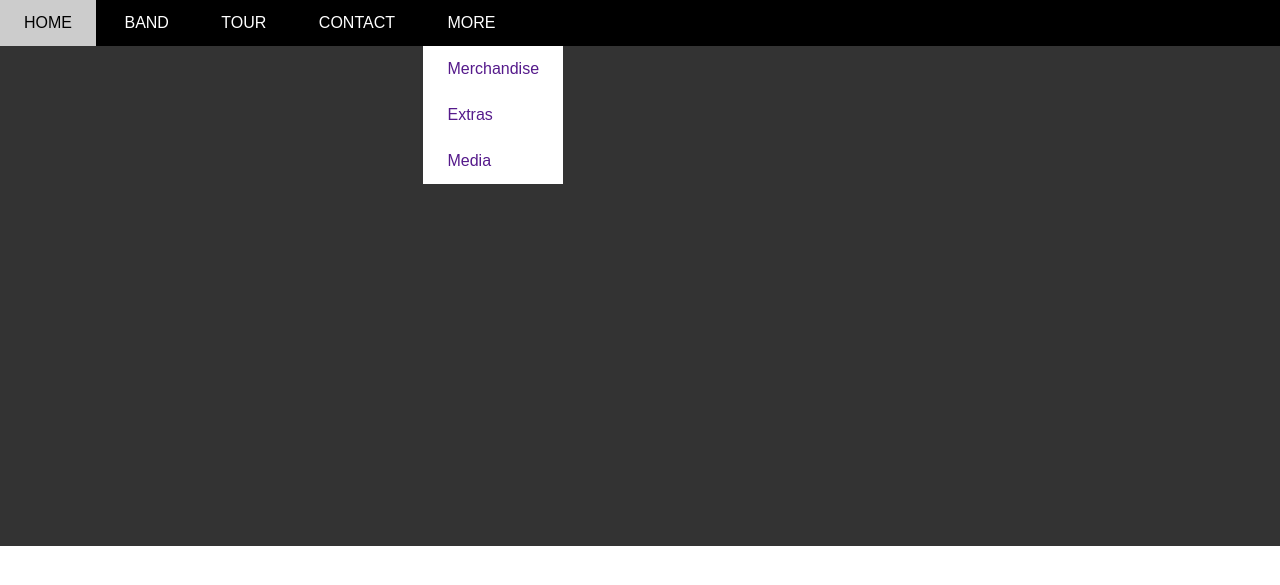
Repository: phanvu0103/HTML-CSS
Page: Thực-Hành-Dự-Án-Số-1-Xây-dựng-web-the-band/index.html
These files come from the project's save history. The page is drawn as it stood at one moment and after the next save; the edit follows.
The browser window is 1280 px wide. The pictures show the whole page.

Above is the page before, as saved 2022-09-28 16:10:32.

### Thực-Hành-Dự-Án-Số-1-Xây-dựng-web-the-band/index.html
<!DOCTYPE html>
<html lang="en">
  <head>
    <meta charset="UTF-8" />
    <meta name="viewport" content="width=device-width, initial-scale=1.0" />
    <title>W3-BAND</title>
    <link rel="stylesheet" href="./assets/css/style.css" />
  </head>
  <body>
    <div id="main">
      <div id="header">
        <ul id="nav">
          <li><a href="">HOME</a></li>
          <li><a href="">BAND</a></li>
          <li><a href="">TOUR</a></li>
          <li><a href="">CONTACT</a></li>
          <li>
            <a href="">MORE</a>
            <ul class="subnav">
              <li><a href="">Merchandise</a></li>
              <li><a href="">Extras</a></li>
              <li><a href="">Media</a></li>
            </ul>
          </li>
        </ul>
      </div>

      <div id="slider"></div>

      <div id="content"></div>

      <div id="footer"></div>
    </div>
  </body>
</html>

### Thực-Hành-Dự-Án-Số-1-Xây-dựng-web-the-band/assets/css/style.css
/* Resst CSS */
/* bước đầu trong CSS gõ dấu * vào thêm các thuộc tính như sau */
* {
  padding: 0;
  margin: 0;
  box-sizing: border-box;
  /* loại bỏ tính toán kích thước ta dùng (box-sizing: border-box;)  */
}
html {
  font-family: Arial, Helvetica, sans-serif;
  /* thêm font-family để trang đồng font chữ
  của html.
  Nếu thêm font-family trên dấu sao
  thf toàn trang đều có font đó
  thì ko đúng theo yêu cầu. */
}
/*
1. Làm từ ngoài vào trong
2. Làm Từ trên xuống dưới
3. Làm từ tổng quan đến chi tiết
        header
        slider

 */
/*
1. Vị trí
2. Kích thước
3. Màu sắc
4. Kiểu dáng
(kiểu chữ, hình tròn, vuông, ....)
*/
#main {
  /* nằm trong body chứa cả website */
}

#header {
  /* kích thước chiều rộng bằng main
 độ dài mình đi đo hay
 (cty, khách hàng yêu cầu)
  trên w3schools The BAND. */
  height: 46px;
  /* header có chiều cao 46px */
  background-color: #000000;
  /* màu header màu đen background-color */
}

#nav {
  /* #nav là cha của:
  #nav li
  #nav .subnav
  #nav li a */
}

#nav li {
  display: inline-block;
  position: relative;
  /* phần 2
  position: relative;

   */
}
#nav > li > a {
  /*P2
  #nav > li > a
   Dấu > lấy thuộc tính vào thẻ con trực tiếp
   thẻ a con trực tiếp của thẻ li và thẻ li con
    trực tiếp của thẻ nav và tchỉ tác động đến
    thẻ a cấp 1 ( Home. band....) ko tác động đến
    thẻ a cấp 2 (Merchandise, Extras,...)
   ko liên qua đến thẻ a
   chuyển color: #fff; của #nav li a lên
   #nav > li > a để hiện thanh chữ thẻ a cấp 2
  */
  color: #fff;
}

#nav li a {
  /* color: #fff; */
  text-decoration: none;
  line-height: 46px;
  /* line-height: 46px canh cho
  chữ ở giữa thanh header */
  padding: 0 24px;
  /* pading phải xem kiểm tra trang
  rồi bấm vào computed thấy pading 24
  khoảng cách 2 dòng chữ cách xa nhau. */
  display: inline-block;
  /*thay đổi chiều cao của thẻ a
  mở phần kiểm tra trang bấm vào thẻ li,
   bấm style > :hover them vào display: inline-block;
   xem chiều caovwaf ý ko.
   vì thẻ a có  */
}
#nav li:hover a {
  color: #000;
  background-color: #ccc;
}
#nav .subnav {
  /* display: none; */
  position: absolute;
  background-color: #fff;
  /*  phần 2 NAVI....
   position: absolute; cho các chữ thẻ a cấp 1
   hiện trên thẻ header để thẻ a cấp 2 ko đẩy
   thẻ cấp 1 xuống.
  background-color: #fff;
   */
}
#nav .subnav a {
}

#slider {
  min-height: 500px;
  background-color: #333;
}

#content {
}

#footer {
}

After the next save:
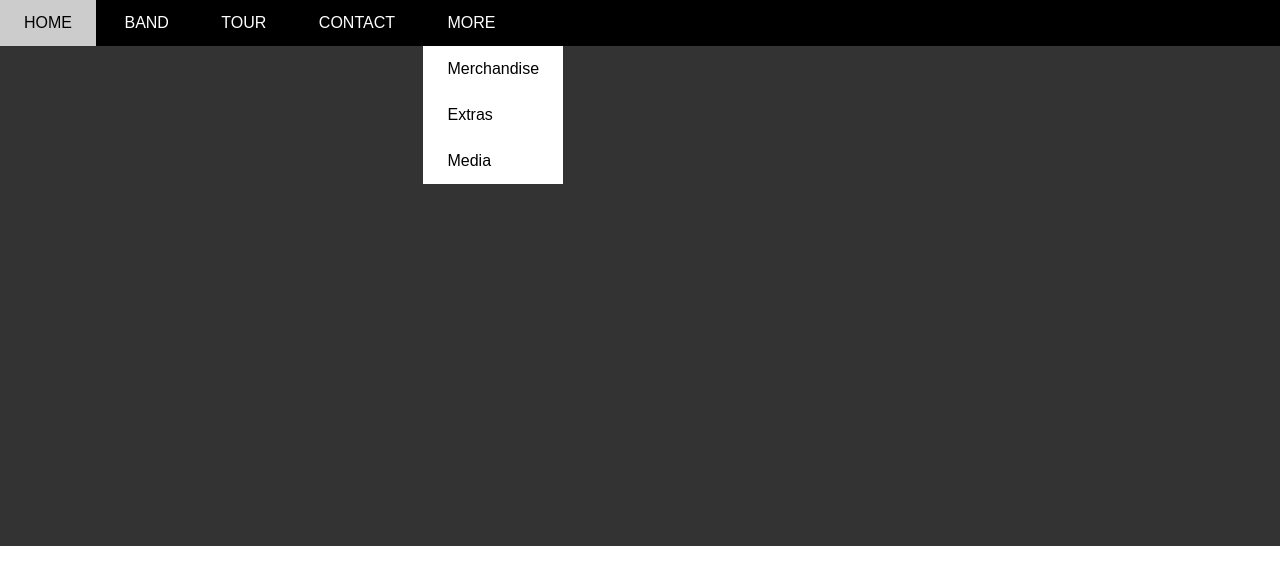
Saved 13 s later.
--- a/Thực-Hành-Dự-Án-Số-1-Xây-dựng-web-the-band/assets/css/style.css
+++ b/Thực-Hành-Dự-Án-Số-1-Xây-dựng-web-the-band/assets/css/style.css
@@ -107,6 +107,7 @@ html {
    */
 }
 #nav .subnav a {
+  color: #000;
 }
 
 #slider {
